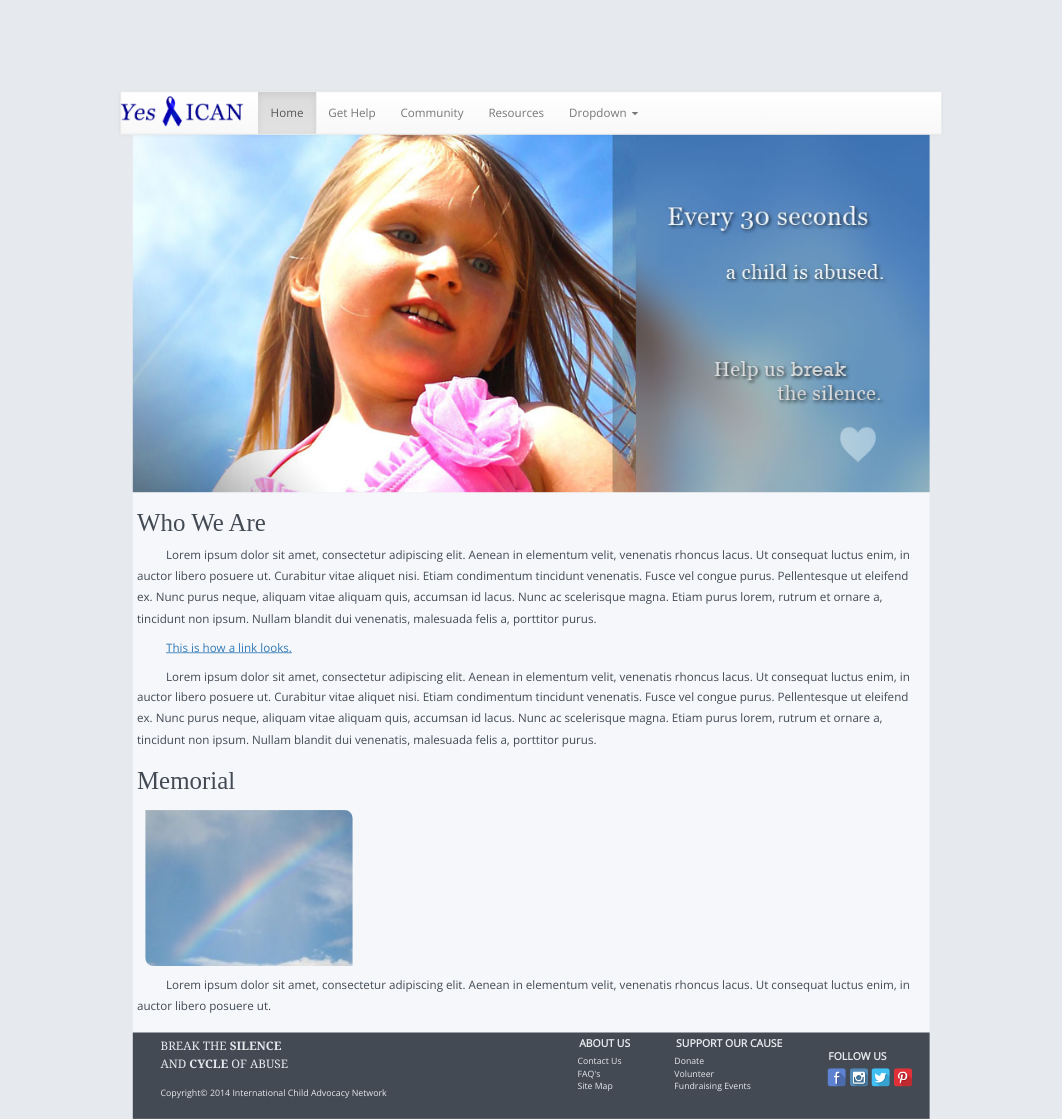
Repository: Rob21789/Yes-I-Can
Page: index.html
The author's editor kept a record of every edit. The page is drawn from the files as they stood at one moment, then again after the next edit.
The browser window is 1280 px wide. The pictures show the whole page, at 83% of full size.
Some web fonts or font styles are not loaded; a fallback is used. Some web libraries are served in a nearby version.

Above is the page before.
Not found: assets/js/ie-emulation-modes-warning.js
Not found: assets/js/ie10-viewport-bug-workaround.js

After the next edit:
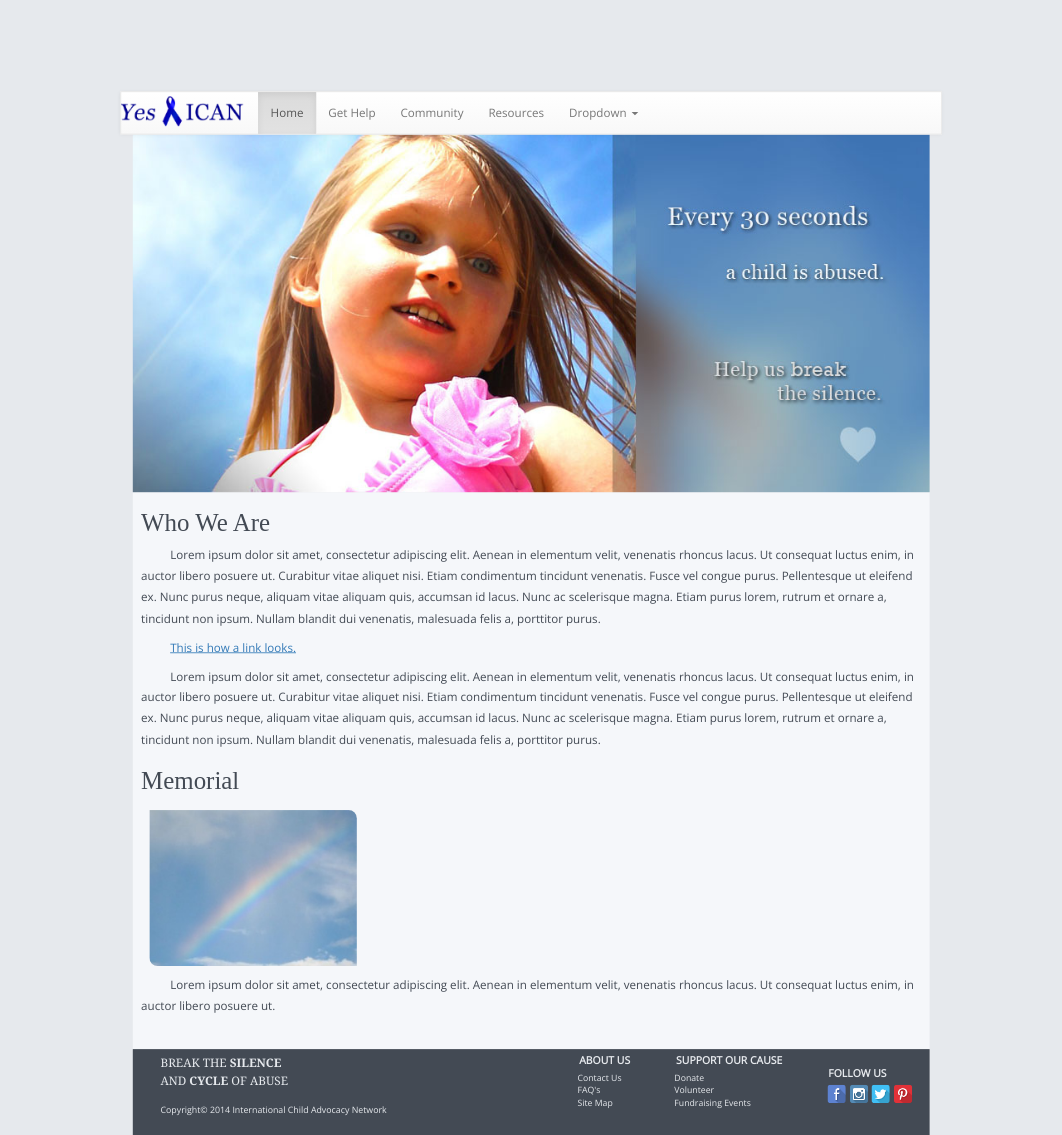
The edit:
--- a/css/main.css
+++ b/css/main.css
@@ -35,7 +35,7 @@
 }
 
 #content {
-    padding:0 5px 10px 5px;
+    padding:0 10px 30px 10px;
 }
 
 .col-md-4 {
